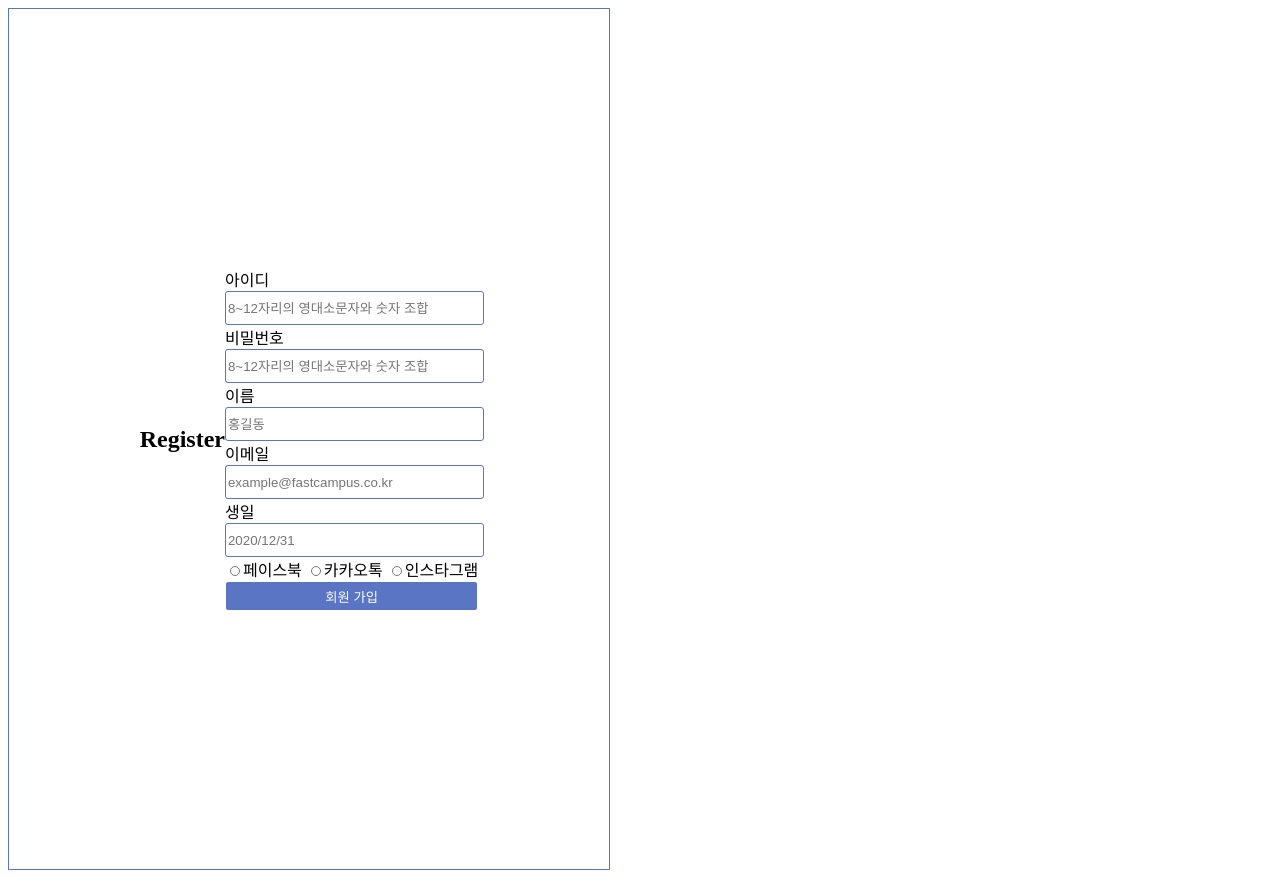
Repository: ksj2001/SpringBasic2024
Page: http://localhost/MVC_join/
The author's editor kept a copy of each file at every save. The page is drawn from the files as they stood at one save, then again after the next save.
The browser window is 1280 px wide. The pictures show the whole page.
The page is served by Tomcat 9. Other server files are loaded and not shown.

Above is the page before, as saved 2024-07-02 15:18:34.

### MVC_join/src/main/webapp/WEB-INF/views/index.jsp
<%@ page language="java" contentType="text/html; charset=UTF-8"
    pageEncoding="UTF-8"%>
<!DOCTYPE html>
<html>
<head>
<meta charset="UTF-8">
<title>Insert title here</title>
<style type="text/css">
	.registerBox{
		display: flex;
		justify-content: center;
		align-items: center;
		width: 500px;
		height: 800px;
		border: 1px solid #5975C4;
		padding: 30px 50px;
	}
	input{
		width: 100%;
		height: 30px;
		border: 1px solid #5975C4;
		border-radius: 3px;
	}
	input[type=radio]{
		width:10px;
		height:10px;
	}
	input[type=submit]{
		border-color: white;
		color: white;
		background-color: #5975C4;
	}
</style>
</head>
<body>
	<div class="registerBox">
		<h2>Register</h2>
		<form action="member/register" method="post">
			<label>아이디</label><br>
			<input type="text" placeholder="8~12자리의 영대소문자와 숫자 조합"><br>
			<label>비밀번호</label><br>
			<input type="password" placeholder="8~12자리의 영대소문자와 숫자 조합"><br>
			<label>이름</label><br>
			<input type="text" placeholder="홍길동"><br>
			<label>이메일</label><br>
			<input type="text" placeholder="example@fastcampus.co.kr"><br>
			<label>생일</label><br>
			<input type="text" placeholder="2020/12/31"><br>
			<div class="selectSns">
				<input type="radio" name="sns" value="facebook">페이스북
				<input type="radio" name="sns" value="kakaotalk">카카오톡
				<input type="radio" name="sns" value="instagram">인스타그램
			</div>
			<input type="submit" value="회원 가입">
		</form>
	</div>
</body>
</html>

After the next save:
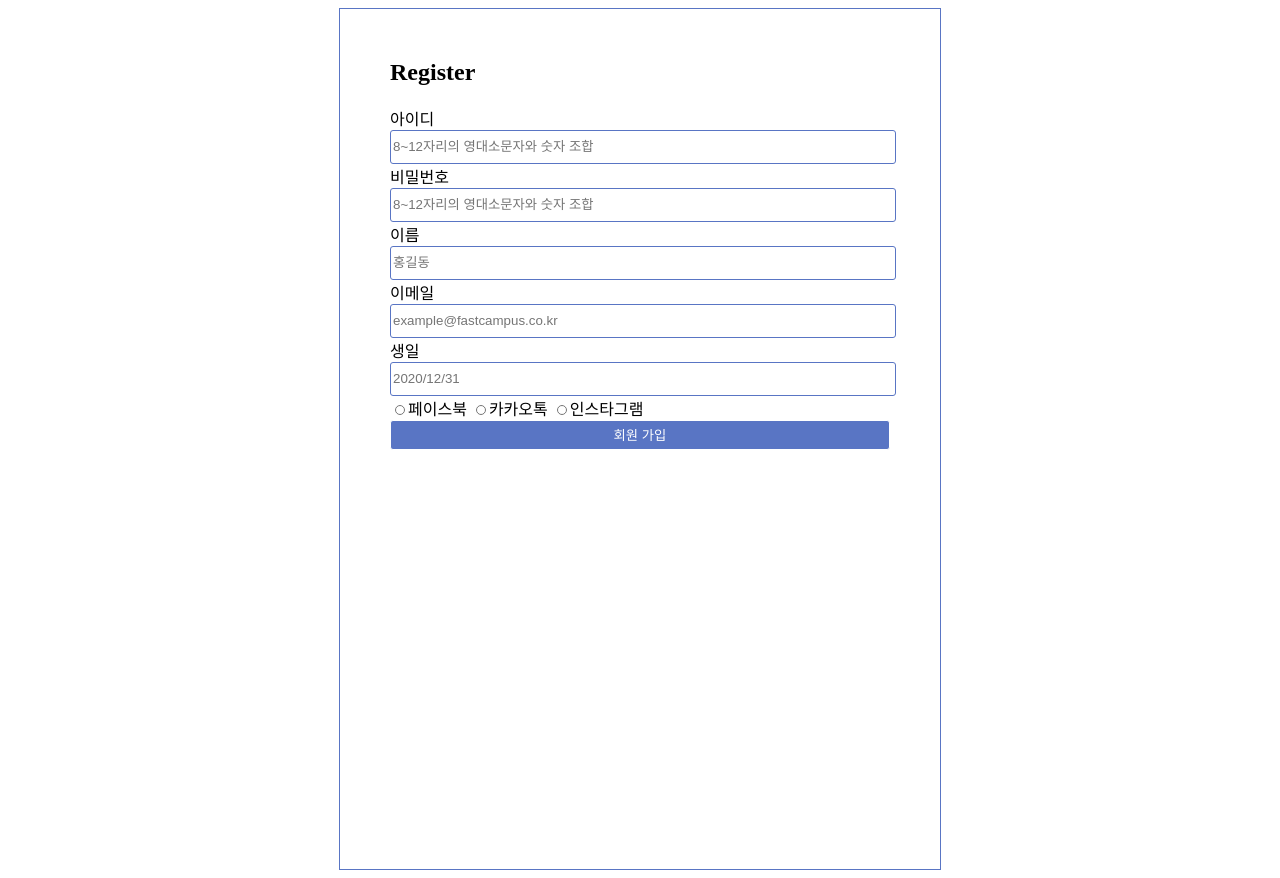
Saved 47 s later.
--- a/MVC_join/src/main/webapp/WEB-INF/views/index.jsp
+++ b/MVC_join/src/main/webapp/WEB-INF/views/index.jsp
@@ -6,10 +6,12 @@
 <meta charset="UTF-8">
 <title>Insert title here</title>
 <style type="text/css">
-	.registerBox{
+	body{
 		display: flex;
 		justify-content: center;
 		align-items: center;
+	}
+	.registerBox{
 		width: 500px;
 		height: 800px;
 		border: 1px solid #5975C4;
